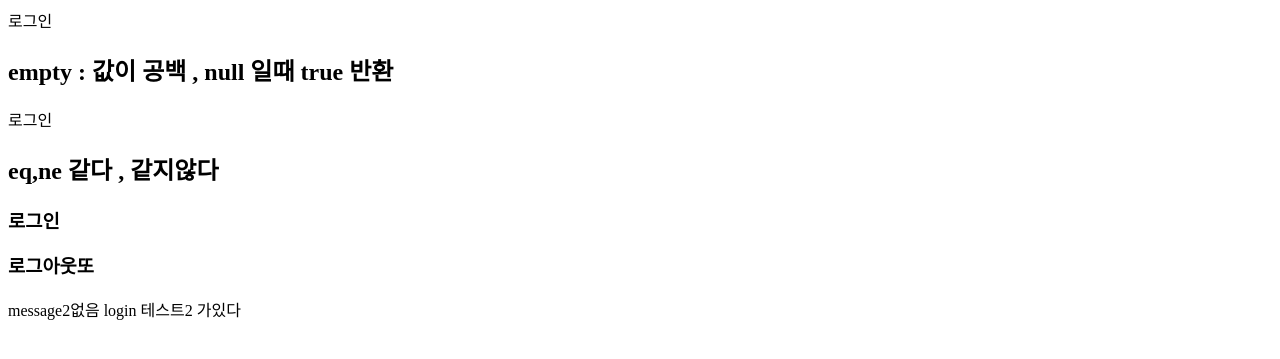
Repository: mvcfvsgdj/javaee
Page: http://localhost/ELprj0908/jstl5
These files come from the project's save history. The page is drawn as it stood at one moment and after a run of saves; the edit follows.
The browser window is 1280 px wide. The pictures show the whole page.
The page is served by Tomcat 9.

Above is the page before, as saved 2023-09-08 03:29:18.

After the next 2 saves:
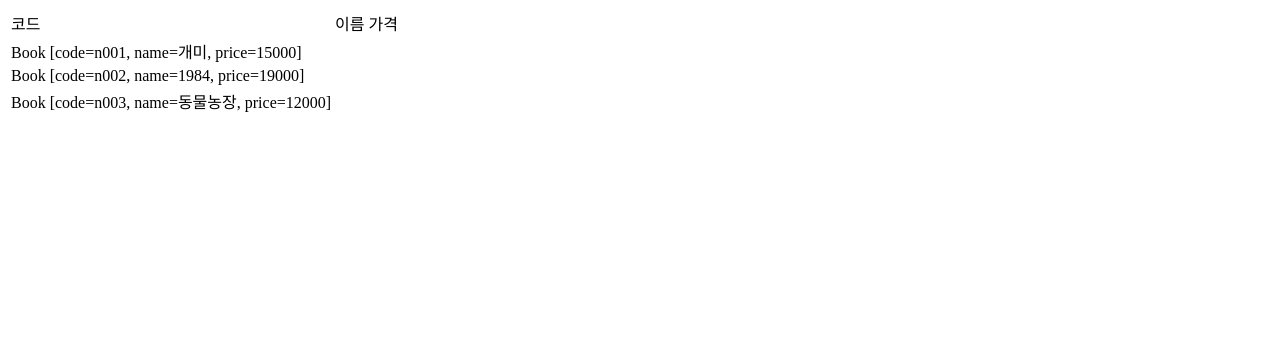
The 2 saves are shown as one change because 1 did not build or start.
The last was saved 2 min 7 s later.
--- a/ELprj0908/src/main/webapp/WEB-INF/views/jstl5.jsp
+++ b/ELprj0908/src/main/webapp/WEB-INF/views/jstl5.jsp
@@ -9,44 +9,22 @@
 </head>
 <body>
 
-<% String id =(String)session.getAttribute("id");
-	if(id !=null){%>
+<table>
+<tr>
+<td>코드</td>
+<td>이름</td>
+<td>가격</td>
+</tr>
 
+<c:forEach var="book" items="${books}">
+<tr>
+<td>${book }</td>
+<td></td>
+<td></td>
+</tr>
+</c:forEach>
+</table>
 
-
-	로그아웃
-<%} else{%>
-	로그인
-
-<%} %>
-
-<h2>empty : 값이 공백 , null 일때 true 반환</h2>
-<c:if test="${empty id }">로그인 </c:if>
-<c:if test="${not empty id }">로그아웃</c:if>
-
-<h2> eq,ne 같다 , 같지않다</h2>
-<c:set var="message" value="비로그인"/>
-<c:if test="${message eq '비로그인' }">
-<h3>로그인</h3>
-</c:if>
-
-<c:if test="${message ne '비로그인'}"></c:if>
-<h3>로그아웃또</h3>
-<c:if test="${empty message }">
-message없음
-</c:if>
-<c:if test="${empty message2 }">
-message2없음
-</c:if>
-
-
-<c:set var="loginOut" value="${empty id ? 'login': 'logout' }"/>
-${loginOut }
-
-<c:set var="test2" value="acorn2"/>
-<c:set var="result" value="${empty test2 ? 'test2없음' : '테스트2 가있다' }"/>
-
-${result}
 
 </body>
 </html>
